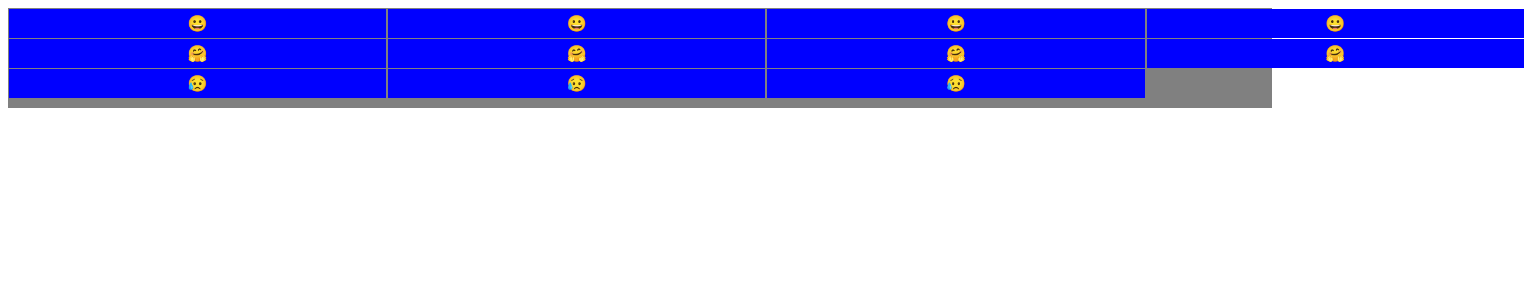
Repository: Sarah7223/internet-programming-tp
Page: TP1/ex4.html
An editor plug-in stored every save of this project. The page is shown before and after the next save, followed by the edit.
The browser window is 1280 px wide. The page is 1525 px wide, so the pictures cover 1525 px, including what lies to the right of the window. The pictures show the whole page.

Above is the page before, as saved 2022-12-23 14:57:07.

After the next save:
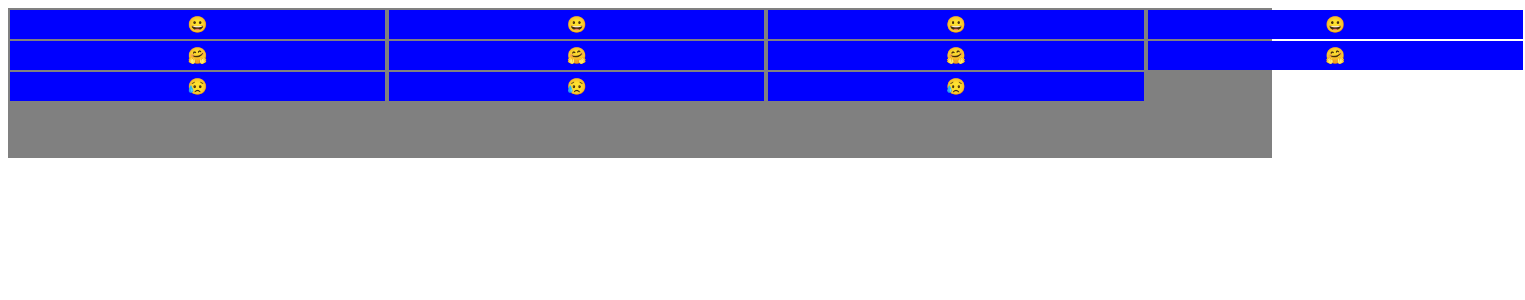
Saved 11 s later.
--- a/TP1/ex4.html
+++ b/TP1/ex4.html
@@ -2,7 +2,7 @@
     <head>
         <style>
             .row-wrapper{
-                height :100px;
+                height :150px;
                 background-color: grey;
                 display: flex;
                 flex-direction: column;
@@ -19,7 +19,7 @@
             .box{
                 background-color: blue;
                 padding: 5px;
-                margin: 1px;
+                margin: 2px;
                 text-align: center;
             }
         </style>
